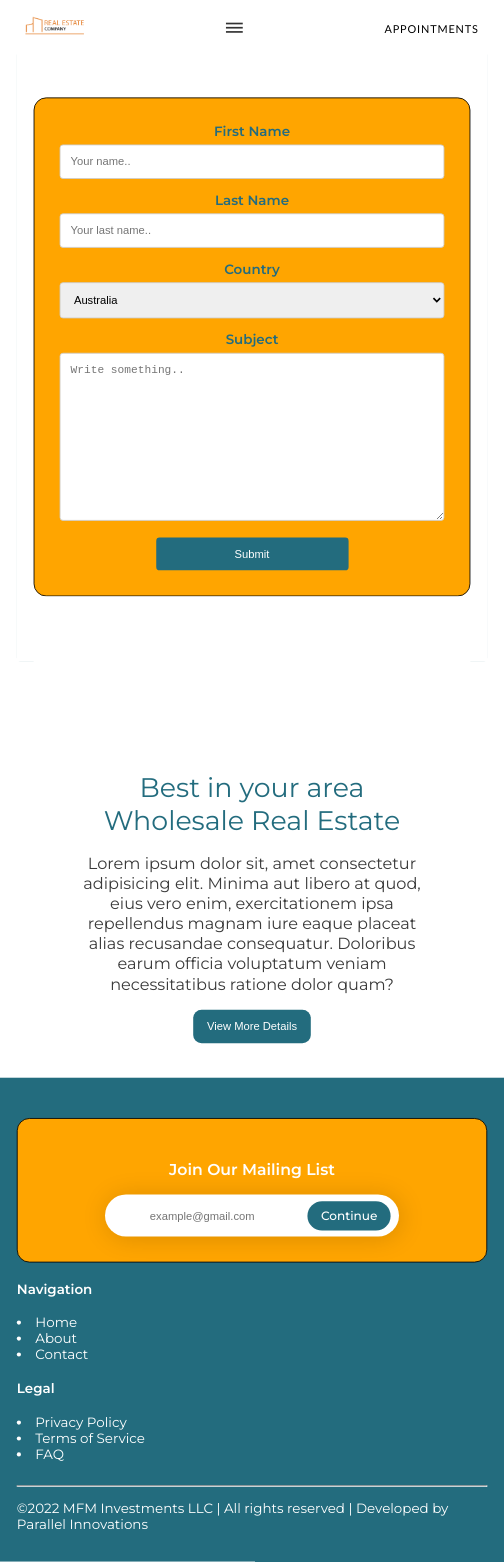
Repository: gabe126679/Mikes-site
Page: /Appointments
The author's editor kept a copy of each file at every save. The page is drawn from the files as they stood at one save, then again after the next save.
The browser window is 600 px wide. The pictures show the whole page, at 84% of full size.
Some web libraries are served in a nearby version. The project was rebuilt for these pictures with package versions that can differ from the ones it lists, and the page was loaded fresh each time. Also part of the build but not shown: src/components/Header.jsx, src/components/Howitworks.jsx, src/components/Contact.jsx, src/components/PageAbout.jsx, src/components/Bproperty.jsx, src/components/Item.js, src/components/CarouselItem.jsx, src/components/Properties.jsx and 4 more.

Above is the page before, as saved 2022-04-19 18:52:33.

After the next save:
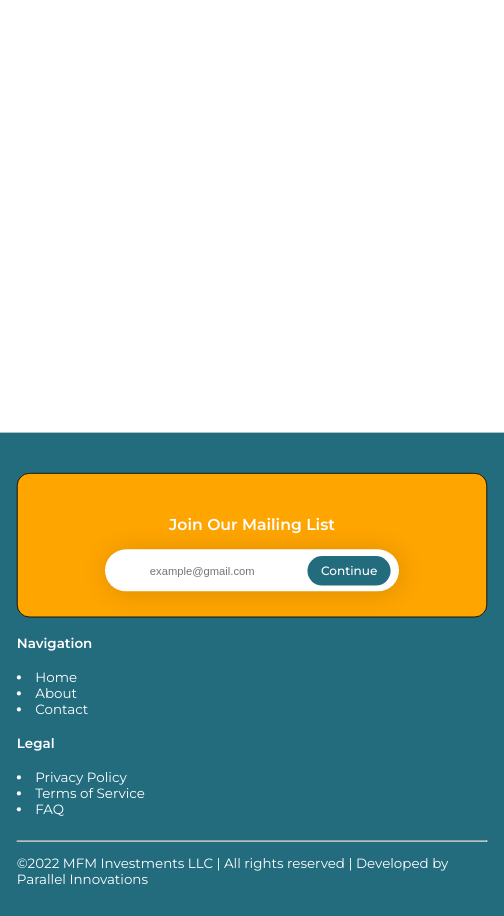
Saved 9 s later.
--- a/src/index.css
+++ b/src/index.css
@@ -678,12 +678,7 @@ input[type=submit]:hover {
 @media(max-width:750px){
 
   .header-form{
-    text-align: center;
-    width:100%;
-    height:768px;
-    position: relative;
-    background-repeat: no-repeat;
-    background-size: cover;
+    display: none;
   }
 }
 @media(max-width:600px){
